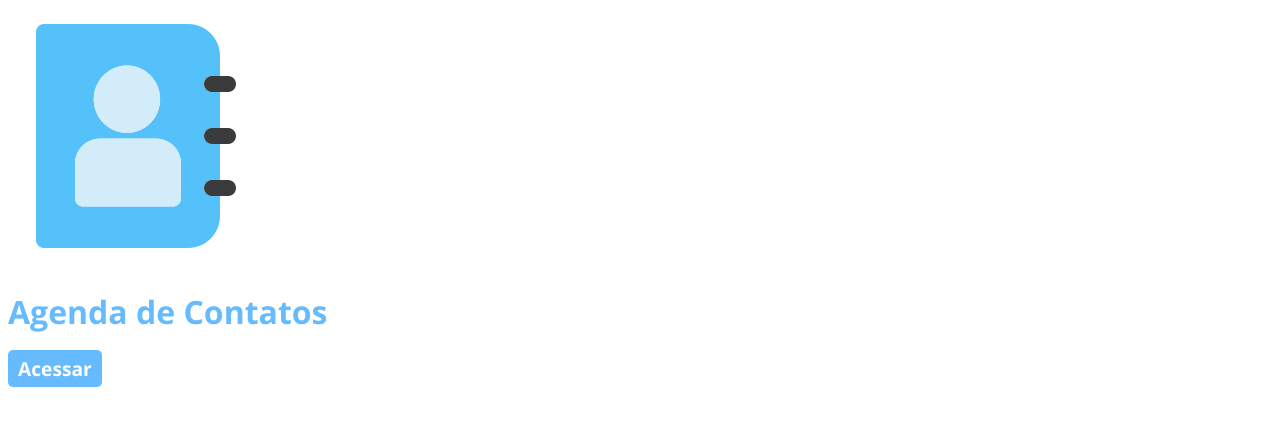
Repository: leonerdy-666/Estudos
Page: http://localhost/Agenda/
These files come from the project's save history. The page is drawn as it stood at one moment and after the next save; the edit follows.
The browser window is 1280 px wide. The pictures show the whole page.
The page is served by Tomcat 9. Other server files are loaded and not shown.

Above is the page before, as saved 2023-04-11 00:15:56.

### Udemy/Projeto/Agenda/src/main/webapp/index.html
<!DOCTYPE html>
<html lang="pt-br">
<head>
<meta charset="utf-8">
<title>Agenda de Contatos</title>
<link rel="icon" href="imagens/Favicon.png">
<link rel="stylesheet" href="style.css" >
</head>
<body>
<img src="imagens/Agenda.png">
	<h1>Agenda de Contatos</h1>
	<a href="main" class="botao1">Acessar</a>

</body>
</html>

### Udemy/Projeto/Agenda/src/main/webapp/style.css
@charset "utf-8";
@import url('https://fonts.googleapis.com/css2?family=Open+Sans:wght@400;700&display=swap');

body{
	font-family: 'Open Sans', sans-serif;
	font-size: 1em;
	font-weight: 400;
}

h1 {
	color: #66bbff
}

.botao1{
	text-decoration: none;
	background-color: #66bbff;
	padding: 5px 10px 5px 10px;
	color: #fff;
	font-size: 1.2em;
	font-weight: 700;
	border-radius: 5px;
	border: 0;
	cursor: pointer;
}

After the next save:
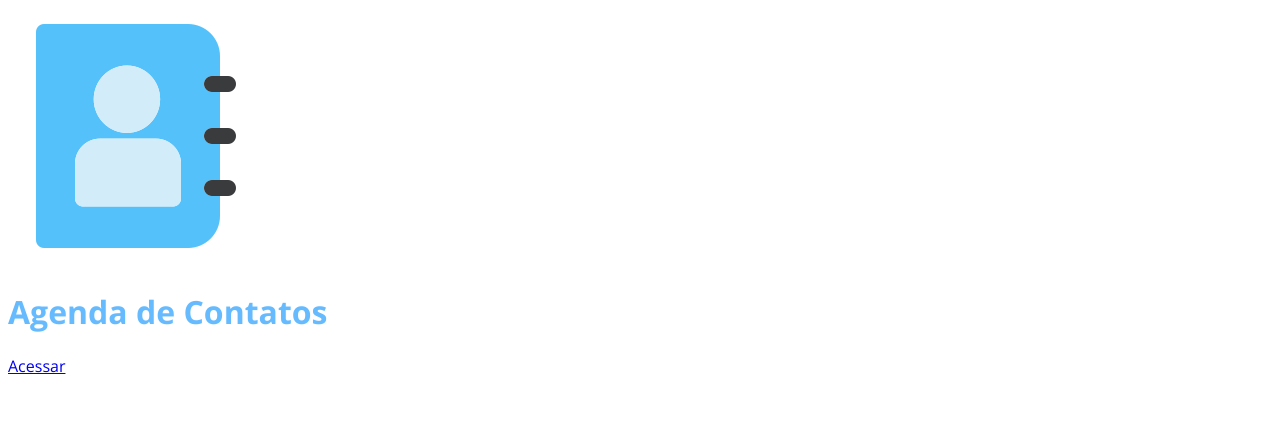
Saved 96 s later.
--- a/Udemy/Projeto/Agenda/src/main/webapp/style.css
+++ b/Udemy/Projeto/Agenda/src/main/webapp/style.css
@@ -11,7 +11,7 @@
 	color: #66bbff
 }
 
-.botao1{
+botao1{
 	text-decoration: none;
 	background-color: #66bbff;
 	padding: 5px 10px 5px 10px;

After the save that followed:
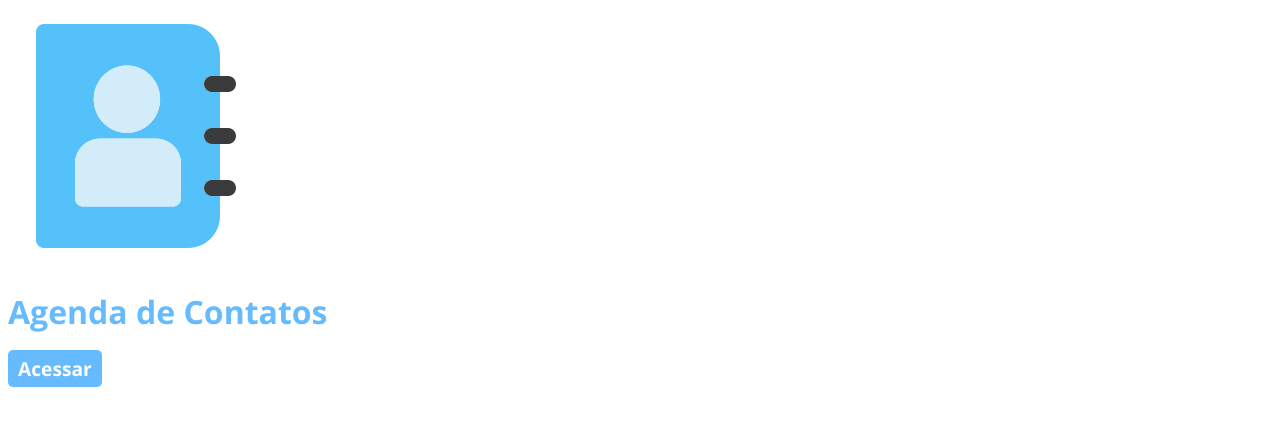
Saved 23 s later.
--- a/Udemy/Projeto/Agenda/src/main/webapp/style.css
+++ b/Udemy/Projeto/Agenda/src/main/webapp/style.css
@@ -11,7 +11,7 @@
 	color: #66bbff
 }
 
-botao1{
+.botao1{
 	text-decoration: none;
 	background-color: #66bbff;
 	padding: 5px 10px 5px 10px;
